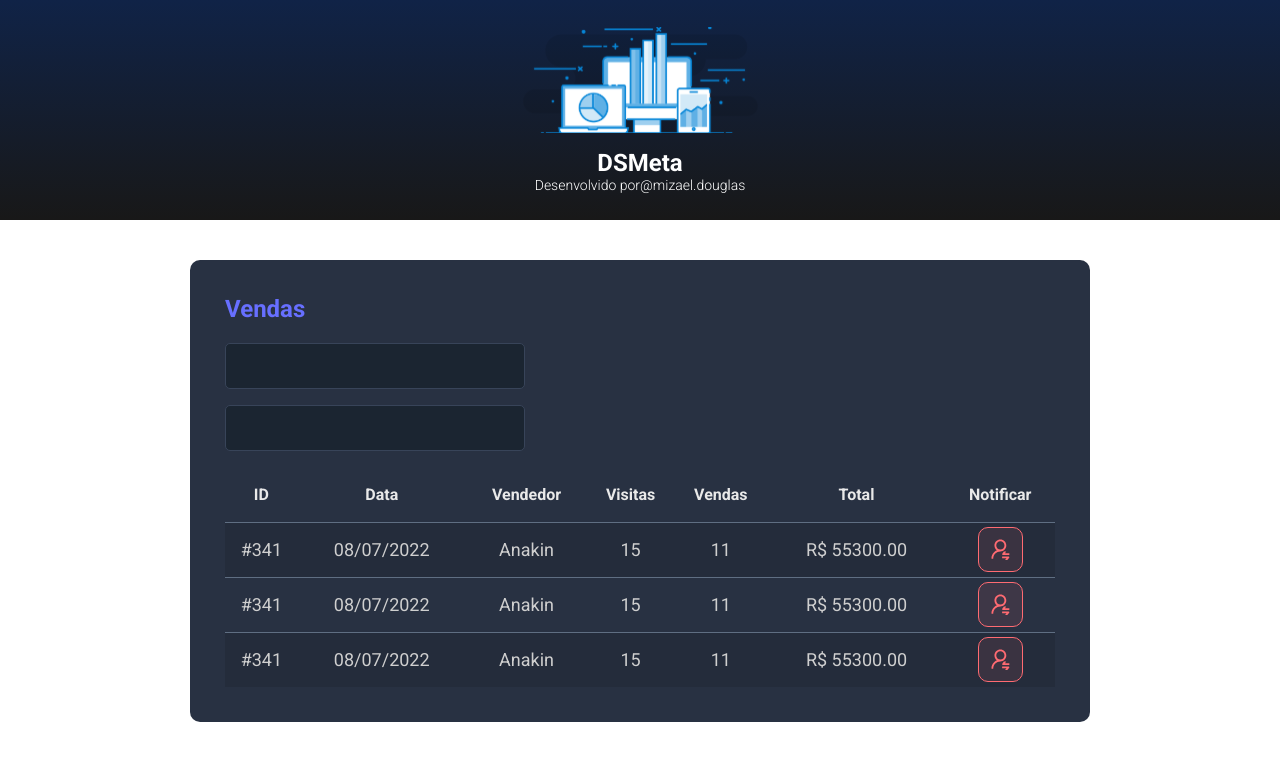
Repository: Mizaeldouglas/ds-Meta
Page: / (app in frontend/)
An editor plug-in stored every save of this project. The page is shown before and after the next save, followed by the edit.
The browser window is 1280 px wide. The pictures show the whole page.
The project was rebuilt for these pictures with package versions that can differ from the ones it lists, and the page was loaded fresh each time. Also part of the build but not shown: frontend/vite.config.ts.

Above is the page before, as saved 2022-07-11 11:29:14.

### frontend/src/App.tsx
import Header from "./components/Header";
import NotificationButton from "./components/NotificationButton";
import SalesCard from "./components/SalesCard";

function App() {
  return (
    <>
      <Header />
      <main>
        <section id="sales">
          <div className="dsmeta-container">
			<SalesCard />
		  </div>
        </section>
      </main>
    </>
  );
}

export default App;

### frontend/src/index.css
@import url("https://fonts.googleapis.com/css2?family=Roboto:wght@300;400;700&display=swap");

* {
  font-family: "Roboto", sans-serif;
  box-sizing: border-box;
  margin: 0;
  padding: 0;
}

body,
html {
  /* background-color: #171818; */
  background-color: linear-gradient(#171818, #000);
  color: #fff;
}

a,
a:hover,
a:visited {
  color: unset;
  text-decoration: none;
}
.dsmeta-container {
	width: 100%;
	max-width: 900px;
	margin: 0 auto;
  }

  #sales {
	padding: 40px 10px;
  }

### frontend/src/components/Header/index.tsx
import "./styles.css";
import logo from "../../assets/img/logo.svg";

function Header() {
  return (
    <header>
      <div className="dsmeta-logo-container">
        <img src={logo} alt="DSMeta" />
        <h1>DSMeta</h1>
        <p>
          Desenvolvido por
          <a href="https://www.instagram.com/mizael.douglas">@mizael.douglas</a>
        </p>
      </div>
    </header>
  );
}

export default Header;

### frontend/src/components/SalesCard/index.tsx
import NotificationButton from "../NotificationButton";
import "./styles.css";

export default function SalesCard() {
  return (
    <div className="dsmeta-card">
      <h2 className="dsmeta-sales-title">Vendas</h2>
      <div>
        <div className="dsmeta-form-control-container">
          <input className="dsmeta-form-control" type="text" />
        </div>
        <div className="dsmeta-form-control-container">
          <input className="dsmeta-form-control" type="text" />
        </div>
      </div>

      <div>
        <table className="dsmeta-sales-table">
          <thead>
            <tr>
              <th className="show992">ID</th>
              <th className="show576">Data</th>
              <th>Vendedor</th>
              <th className="show992">Visitas</th>
              <th className="show992">Vendas</th>
              <th>Total</th>
              <th>Notificar</th>
            </tr>
          </thead>
          <tbody>
            <tr>
              <td className="show992">#341</td>
              <td className="show576">08/07/2022</td>
              <td>Anakin</td>
              <td className="show992">15</td>
              <td className="show992">11</td>
              <td>R$ 55300.00</td>
              <td>
                <div className="dsmeta-red-btn-container">
				<NotificationButton />
                </div>
              </td>
            </tr>
            <tr>
              <td className="show992">#341</td>
              <td className="show576">08/07/2022</td>
              <td>Anakin</td>
              <td className="show992">15</td>
              <td className="show992">11</td>
              <td>R$ 55300.00</td>
              <td>
                <div className="dsmeta-red-btn-container">
				<NotificationButton />
                </div>
              </td>
            </tr>
            <tr>
              <td className="show992">#341</td>
              <td className="show576">08/07/2022</td>
              <td>Anakin</td>
              <td className="show992">15</td>
              <td className="show992">11</td>
              <td>R$ 55300.00</td>
              <td>
                <div className="dsmeta-red-btn-container">
				<NotificationButton />
                </div>
              </td>
            </tr>
          </tbody>
        </table>
      </div>
    </div>
  );
}

### frontend/src/components/Header/styles.css
header {
	background: linear-gradient(180deg, #102347 0%, #181818 100%);
	height: 220px;
	display: flex;
	align-items: center;
	justify-content: center;
  }

  .dsmeta-logo-container {
	display: flex;
	flex-direction: column;
	align-items: center;
  }

  .dsmeta-logo-container img {
	width: 235px;
  }

  .dsmeta-logo-container h1 {
	margin-top: 15px;
	font-size: 24px;
  }

  .dsmeta-logo-container p {
	font-size: 14px;
	font-weight: 300;
  }

### frontend/src/components/NotificationButton/index.tsx
import icon from '../../assets/img/notification-icon.svg'
import './styles.css'

function NotificationButton() {
  return (
    <div className="dsmeta-red-btn">
      <img src={icon} alt="Notificar" />
    </div>
  );
}

export default NotificationButton;

### frontend/src/components/SalesCard/styles.css
.dsmeta-card {
  background-color: #283142;
  border-radius: 10px;
  padding: 30px 10px;
}

.dsmeta-sales-title {
  color: #676fff;
  font-size: 24px;
  margin-bottom: 20px;
}

.dsmeta-form-control-container {
  margin-bottom: 16px;
  max-width: 300px;
}

.dsmeta-form-control {
  width: 100%;
  height: 46px;
  background-color: #1b2531;
  border: 1px solid #384459;
  border-radius: 5px;
  color: #9aaabe;
  padding: 0 20px;
  font-size: 18px;
}

.dsmeta-sales-table {
  width: 100%;
  border-spacing: 0;
  border-collapse: collapse;
}

.dsmeta-sales-table thead {
  height: 55px;
  font-size: 16px;
  color: #e9e9e9;
  font-weight: 700;
}

.dsmeta-sales-table tbody {
  font-size: 14px;
  font-weight: 400;
  color: #cfcfcf;
  text-align: center;
}

.dsmeta-sales-table tbody tr {
  height: 74px;
  border-top: 1px solid #5f6e82;
}

.dsmeta-sales-table tbody tr:hover > td {
  background-color: #384459;
}

.dsmeta-sales-table tbody tr:nth-child(odd) {
  background-color: #242c3b;
}

.dsmeta-red-btn-container {
  display: flex;
  justify-content: center;
}
.show576 {
  display: none;
}

.show992 {
  display: none;
}

@media (min-width: 576px) {
  .show576 {
    display: table-cell;
  }

  .dsmeta-card {
    padding: 35px;
  }

  .dsmeta-sales-table tbody tr {
    height: 55px;
  }

  .dsmeta-sales-table tbody {
    font-size: 18px;
  }
}

@media (min-width: 992px) {
  .show992 {
    display: table-cell;
  }
}

### frontend/src/components/NotificationButton/styles.css
.dsmeta-red-btn {
	height: 45px;
	width: 45px;
	background: rgba(255, 107, 114, 0.1);
	border: 1px solid #ff6b72;
	border-radius: 10px;
	display: flex;
	align-items: center;
	justify-content: center;
	cursor: pointer;
  }

  .dsmeta-red-btn img {
	  width: 19px;
  }

Loaded but not shown: frontend/index.html (common file); frontend/src/main.tsx (common file)

After the next save:
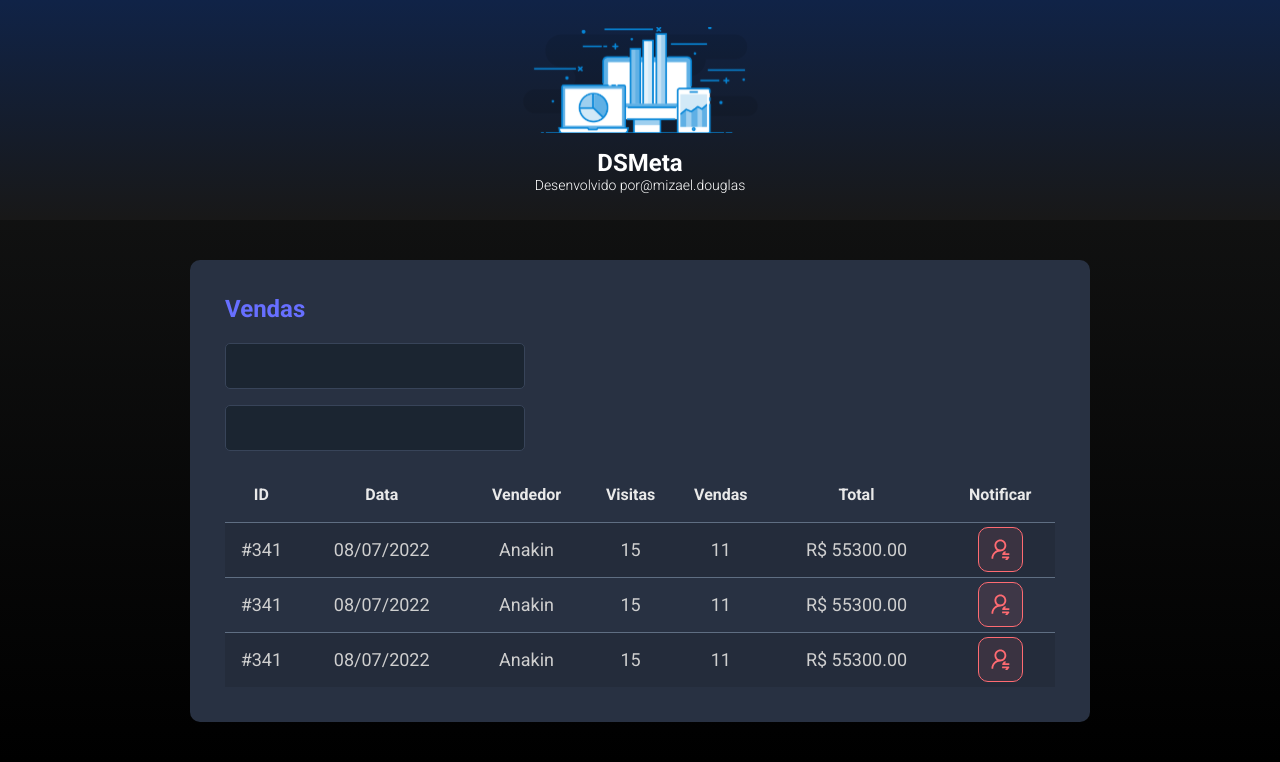
Saved 26 s later.
--- a/frontend/src/index.css
+++ b/frontend/src/index.css
@@ -10,7 +10,7 @@
 body,
 html {
   /* background-color: #171818; */
-  background-color: linear-gradient(#171818, #000);
+  background-image: linear-gradient(#171818, #000);
   color: #fff;
 }
 
